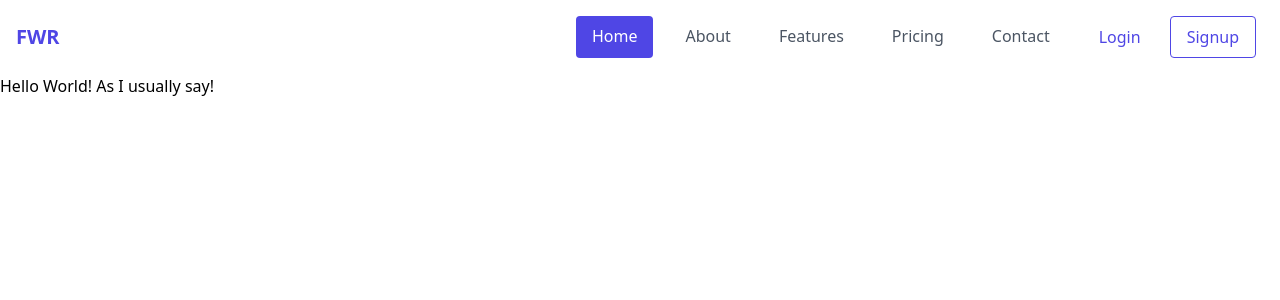
Repository: thasquirrie/fanmanagement
Page: / (app in frontend/)
An editor plug-in stored every save of this project. The page is shown before and after the next save, followed by the edit.
The browser window is 1280 px wide. The pictures show the whole page.
The project was rebuilt for these pictures with package versions that can differ from the ones it lists, and the page was loaded fresh each time. A package was used in the major version that the imports need, not the one package.json lists. Also part of the build but not shown: frontend/craco.config.js, frontend/src/App.css.

Above is the page before, as saved 2021-05-25 13:22:14.

After the next save:
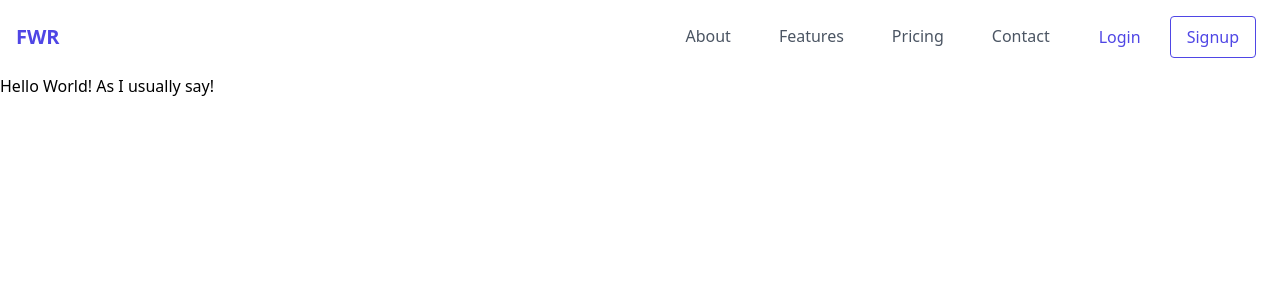
Saved 56 s later.
--- a/frontend/src/components/Header.jsx
+++ b/frontend/src/components/Header.jsx
@@ -31,7 +31,7 @@
     >
      <NavLink
       to='#'
-      className='p-2 lg:px-4 md:mx-2 text-white rounded bg-indigo-600'
+      className='p-2 lg:px-4 md:mx-2 text-white rounded active:bg-indigo-600'
      >
       Home
      </NavLink>
